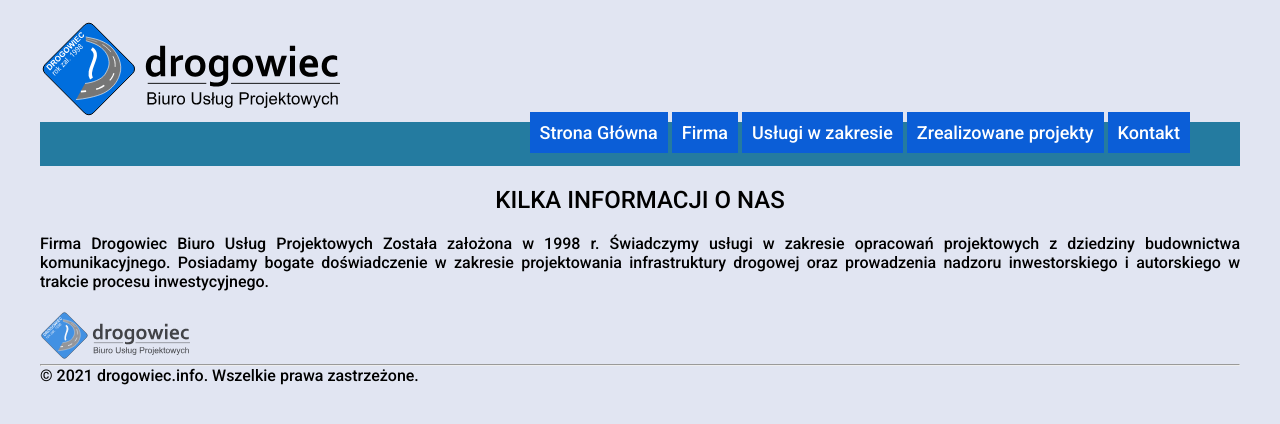
Repository: AdamBodzak/WTF_v2
Page: index.html
An editor plug-in stored every save of this project. The page is shown before and after the next save, followed by the edit.
The browser window is 1280 px wide. The pictures show the whole page.

Above is the page before, as saved 2021-01-08 14:11:20.

After the next save:
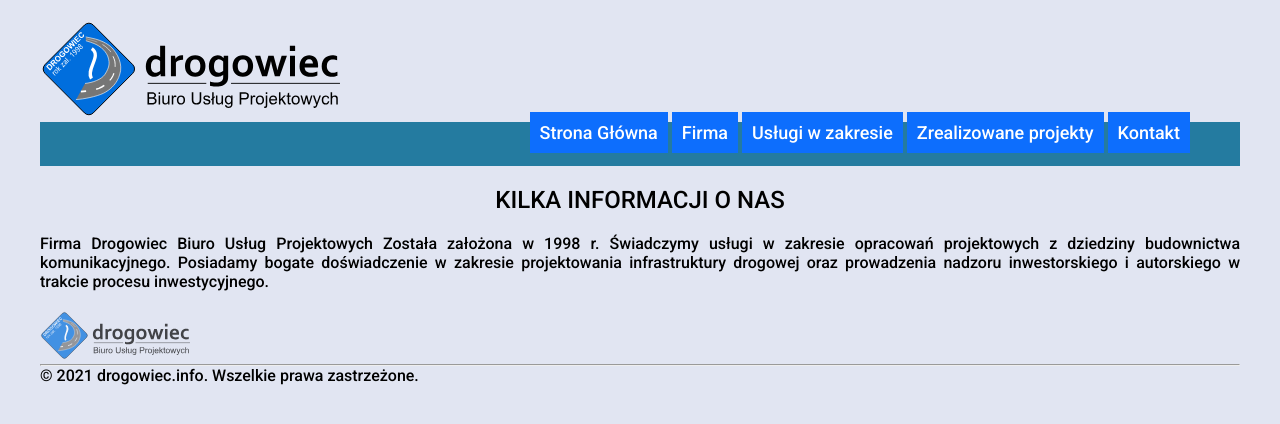
Saved 30 s later.
--- a/style.css
+++ b/style.css
@@ -37,12 +37,12 @@
     color: #FFF;
     text-decoration: none;
     padding: 10px;
-    background-color:#0b5ed7;
+    background-color:#0d6efd;
 }
 
 .menuItem:hover {
-    color: #FF5A5F;
-    background-color: #358bA0;
+    color: #FFF;
+    background-color: #0b5ed7;
 }
 
 #logoFooter {
